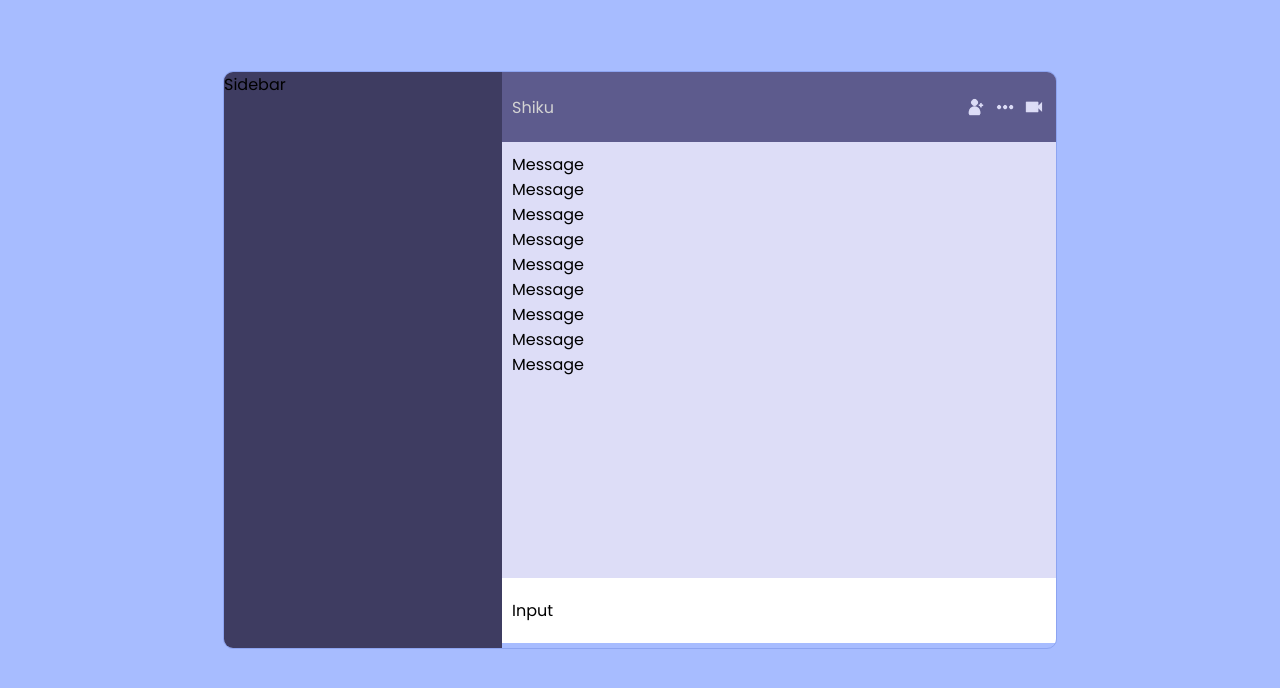
Repository: shikubro90/chatapp
Page: /
The author's editor kept a copy of each file at every save. The page is drawn from the files as they stood at one save, then again after the next save.
The browser window is 1280 px wide. The pictures show the whole page.
The project was rebuilt for these pictures with package versions that can differ from the ones it lists, and the page was loaded fresh each time. Also part of the build but not shown: src/pages/Login.jsx, src/pages/Register.jsx.

Above is the page before, as saved 2022-09-14 20:21:19.

### src/App.js
import './App.css';
import Login from './pages/Login';
import Register from './pages/Register';
import Home from './pages/Home'
import './style.scss'

function App() {
  return (
    <div className="App">
      {/* <Register/> */}
      {/* <Login/> */}
      <Home/>
    </div>
  );
}

export default App;

### src/App.css
@import url(https://fonts.googleapis.com/css?family=Poppins:100,100italic,200,200italic,300,300italic,regular,italic,500,500italic,600,600italic,700,700italic,800,800italic,900,900italic);



*{
  margin: 0;
  padding: 0;
}

body,html{
  font-family: "Poppins", sans-serif, system-ui, -apple-system, BlinkMacSystemFont, 'Segoe UI', Roboto, Oxygen, Ubuntu, Cantarell, 'Open Sans', 'Helvetica Neue', sans-serif;
  box-sizing: border-box;
}


/* .App {
  text-align: center;
}

.App-logo {
  height: 40vmin;
  pointer-events: none;
}

@media (prefers-reduced-motion: no-preference) {
  .App-logo {
    animation: App-logo-spin infinite 20s linear;
  }
}

.App-header {
  background-color: #282c34;
  min-height: 100vh;
  display: flex;
  flex-direction: column;
  align-items: center;
  justify-content: center;
  font-size: calc(10px + 2vmin);
  color: white;
}

.App-link {
  color: #61dafb;
}

@keyframes App-logo-spin {
  from {
    transform: rotate(0deg);
  }
  to {
    transform: rotate(360deg);
  }
} */

### src/pages/Home.jsx
import React from 'react'
import Sidebar from '../Components/SideBar'
import ChatBar from '../Components/ChatBar'


const Home = () => {
  return (
    <div className='home'>
        <div className="container">
            <Sidebar/>
            <ChatBar/>
        </div>
    </div>
  )
}

export default Home

### src/style.scss
.formContainer{
    background-color: #a7bcff;
    height: 100vh;
    display: flex;
    align-items: center;
    justify-content: center;

    .formWrapper{

        background-color: white;
        padding: 20px 60px;
        border-radius: 10px;
        display: flex;
        flex-direction: column;
        gap: 10px;
        align-items: center;

        form{

            display: flex;
            flex-direction: column;
            gap: 15px;

            input{
                padding: 10px 10px;
                min-width: 250px;
                border: none;
                border-bottom: 1px solid #a7bcff;
                outline: none;
            }&::placeholder{
                color: rgba(175, 175, 175);
            }

            button{
                background-color: #a7bcff;
                color: white;
                padding: 10px;
                font-weight: bold;
                border: none;
                cursor: pointer;
            }

            label{
                display: flex;
                align-items: center;
                color: #8da4f1;
                gap: 10px;
                font-size: 12px;
                cursor: pointer;

                img{
                    width: 32px;
                }
            }
        }

        p{
            color: #5d5b8d;

        }

        .logo{
            color: #5d5b8d;
            font-weight: bold;
            font-size: 24px;
        }

        .title{
            color: #5d5b8d;
            font-size: 12px;
        }
    }
}


// Home page css

.home{
    background-color: #a7bcff;
    height: 100vh;
    display: flex;
    align-items: center;
    justify-content: center;

    .container{
        border: 1px solid #8da4f1;
        border-radius: 10px;
        width: 65%;
        height: 80%;
        display: flex;
        overflow: hidden;

        .sideBar{
            flex: 1;
            border-right: 1px solid #3e3c61;
            background: #3e3c61;

            .navbar{
                display: flex;
                justify-content: space-between;
                background-color: #2f2d52;
                padding: 10px;
                height: 50px;
                align-items: center;
                color: white;

                .user{
                    display: flex;
                    align-items: center;
                    gap: 10px;

                    img{
                        background: #ddddf7;
                        height: 24px;
                        width: 24px;
                        border-radius: 50%;
                        object-fit: cover;
                    }
                    button{
                        background-color: #5d5b8d;
                        color: #ddddf7;
                        font-size: 10px;
                        border: none;
                        cursor: pointer;
                        padding: 4px 6px;
                        border-radius: 2px;
                    }
                }
            }


            .search{

                border-bottom: 1px solid gray;

                .searchForm{

                    padding: 10px;

                    input{
                        color: white;
                        outline: none;
                        background-color: transparent;
                        border: none;
                        &::placeholder{
                            color: lightgray;
                        }
                    }
                }

                .userChat{
                    padding: 10px;
                    display: flex;
                    align-items: center;
                    gap: 10px;
                    color: white;
                    cursor: pointer;
                     &:hover{
                        background-color: #2f2d52;
                     }
                    img{
                        height: 50px;
                        width: 50px;
                        border-radius: 50%;
                        object-fit: cover;
                    }
                }

            }

            .chats{
                .userChat{
                    padding: 10px;
                    display: flex;
                    align-items: center;
                    gap: 10px;
                    color: white;
                    cursor: pointer;
                     &:hover{
                        background-color: #2f2d52;
                     }
                    img{
                        height: 50px;
                        width: 50px;
                        border-radius: 50%;
                        object-fit: cover;
                    }

                    .userChatInfo{
                        span{
                            font-size: 18px;
                            font-weight: 500;
                        }
                        p{
                            font-size: 14px;
                            color: lightgray;
                        }
                    }

                }
            }


        }
        .chatBar{
            flex: 2;
            .chatInfo{

                height: 50px;
                background-color: #5d5b8d;
                display: flex;
                align-items: center;
                justify-content: space-between;
                padding: 10px;
                color: lightgray;

                .chatIcon{
                    display: flex;
                    align-items: center;
                    justify-content: center;
                    gap: 5px;

                    img{
                        height: 24px;
                        color: lightgray;
                        cursor: pointer;
                    }
                }
            }
            .messages{
                background: #ddddf7;
                padding: 10px;
                height: calc(100% - 160px);
            }
            .input{
                background: white;
                padding: 20px 10px;
            }

        }
    }
}

### src/Components/SideBar.jsx
import React from 'react'

const SideBar = () => {
  return (
    <div className='sideBar'>Sidebar</div>
  )
}

export default SideBar

### src/Components/ChatBar.jsx
import add from '../img/add.png'
import more from '../img/more.png'
import cam from '../img/cam.png'
import Messages from './Messages'
import Input from './Input'

const ChatBar = () => {
  return (
    <div className="chatBar">
      <div className="chatInfo">

        <span>Shiku</span>

        <div className="chatIcon">
          <img src={add} alt="" />
          <img src={more} alt="" />
          <img src={cam} alt="" />
        </div>

      </div>

      <Messages/>
      <Input/>
    </div>
  )
}

export default ChatBar

### src/Components/Messages.jsx
import React from 'react'
import Message from './Message'

const Messages = () => {
  return (
    <div className='messages'>
      <Message/>
      <Message/>
      <Message/>
      <Message/>
      <Message/>
      <Message/>
      <Message/>
      <Message/>
      <Message/>
    </div>
  )
}

export default Messages

### src/Components/Input.jsx
import React from 'react'

const Input = () => {
  return (
    <div className='input'>Input</div>
  )
}

export default Input

Loaded but not shown: src/index.js (common file); src/Components/Message.jsx (common file)

After the next save:
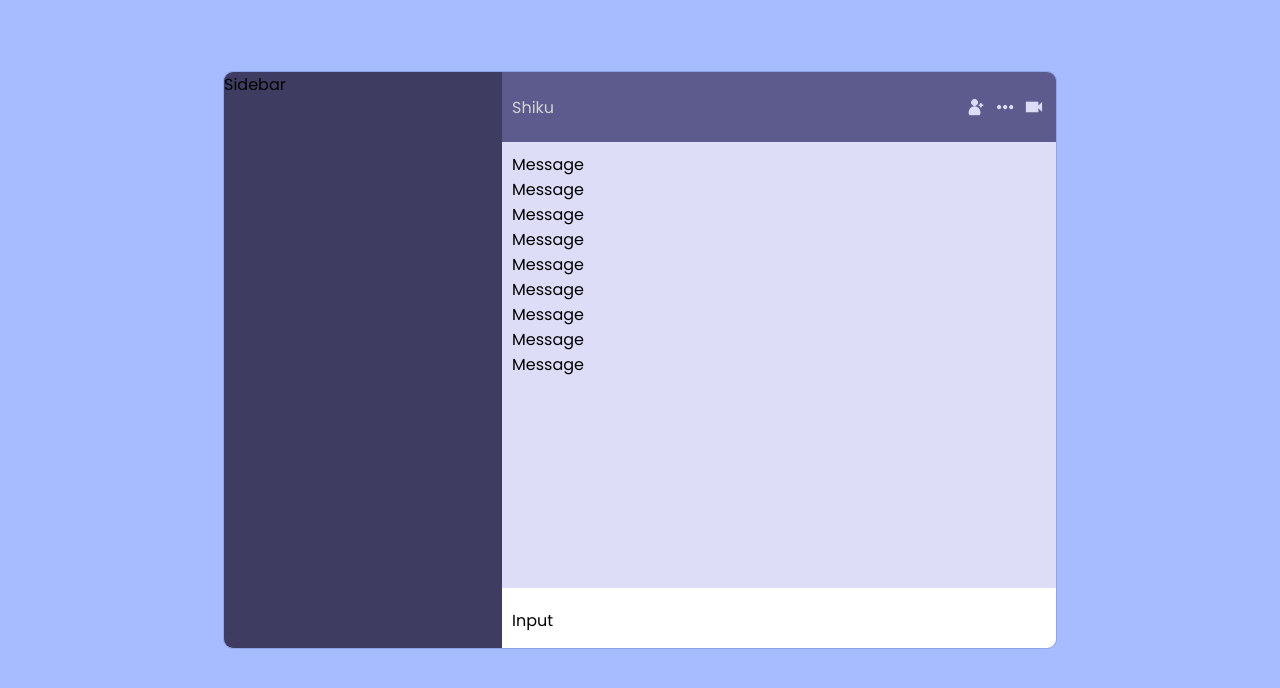
Saved 10 s later.
--- a/src/style.scss
+++ b/src/style.scss
@@ -230,7 +230,7 @@
             .messages{
                 background: #ddddf7;
                 padding: 10px;
-                height: calc(100% - 160px);
+                height: calc(100% - 150px);
             }
             .input{
                 background: white;
